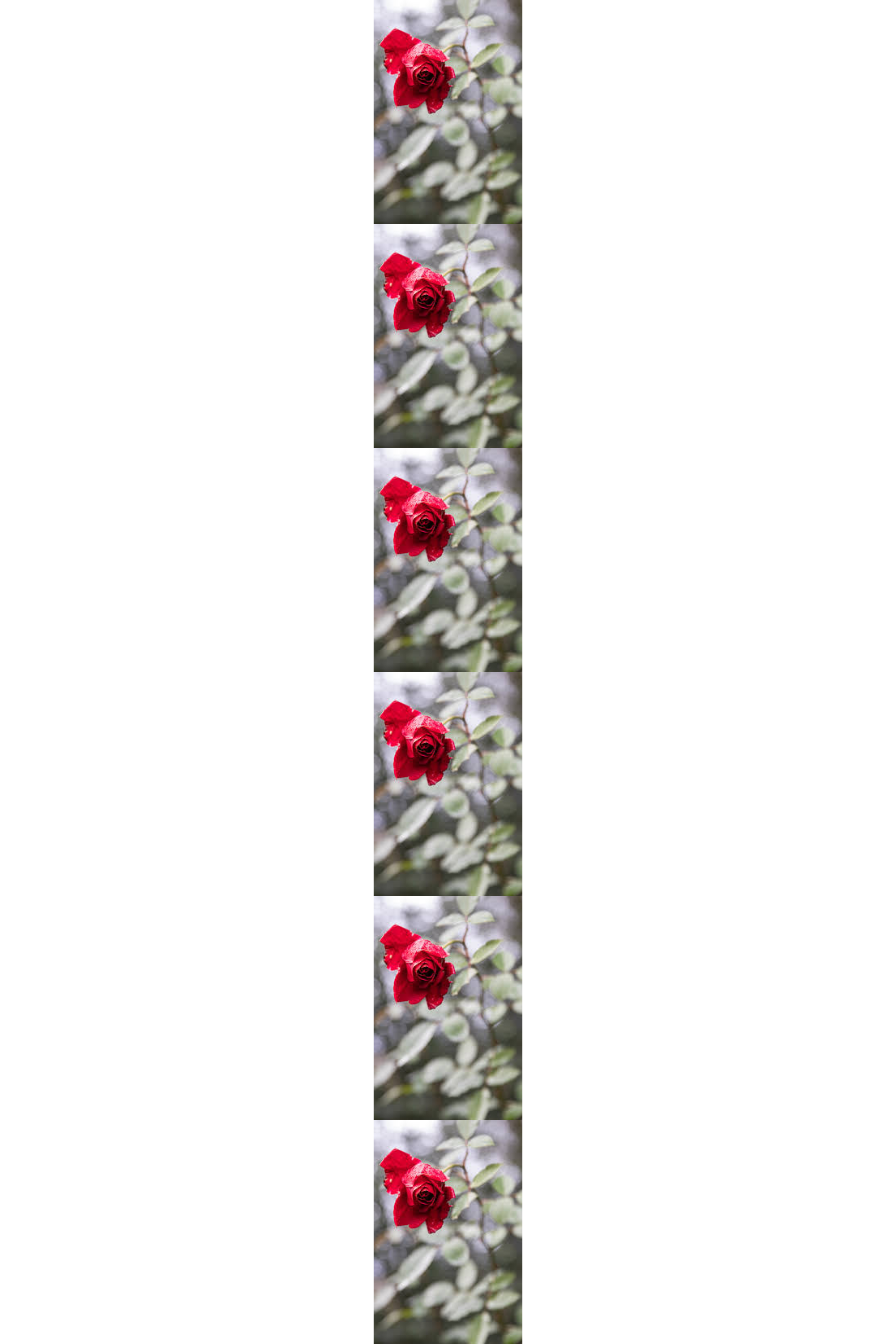
Repository: vakharia5/Preview
Page: /
The author's editor kept a copy of each file at every save. The page is drawn from the files as they stood at one save, then again after the next save.
The browser window is 1280 px wide. The pictures show the part of the page from y = 0 to 1920 px (the page is 2620 px tall before and 2575 px after), at 70% of full size.
The project was rebuilt for these pictures with package versions that can differ from the ones it lists, and the page was loaded fresh each time.

Above is the page before, as saved 2020-06-22 14:33:52.

After the next save:
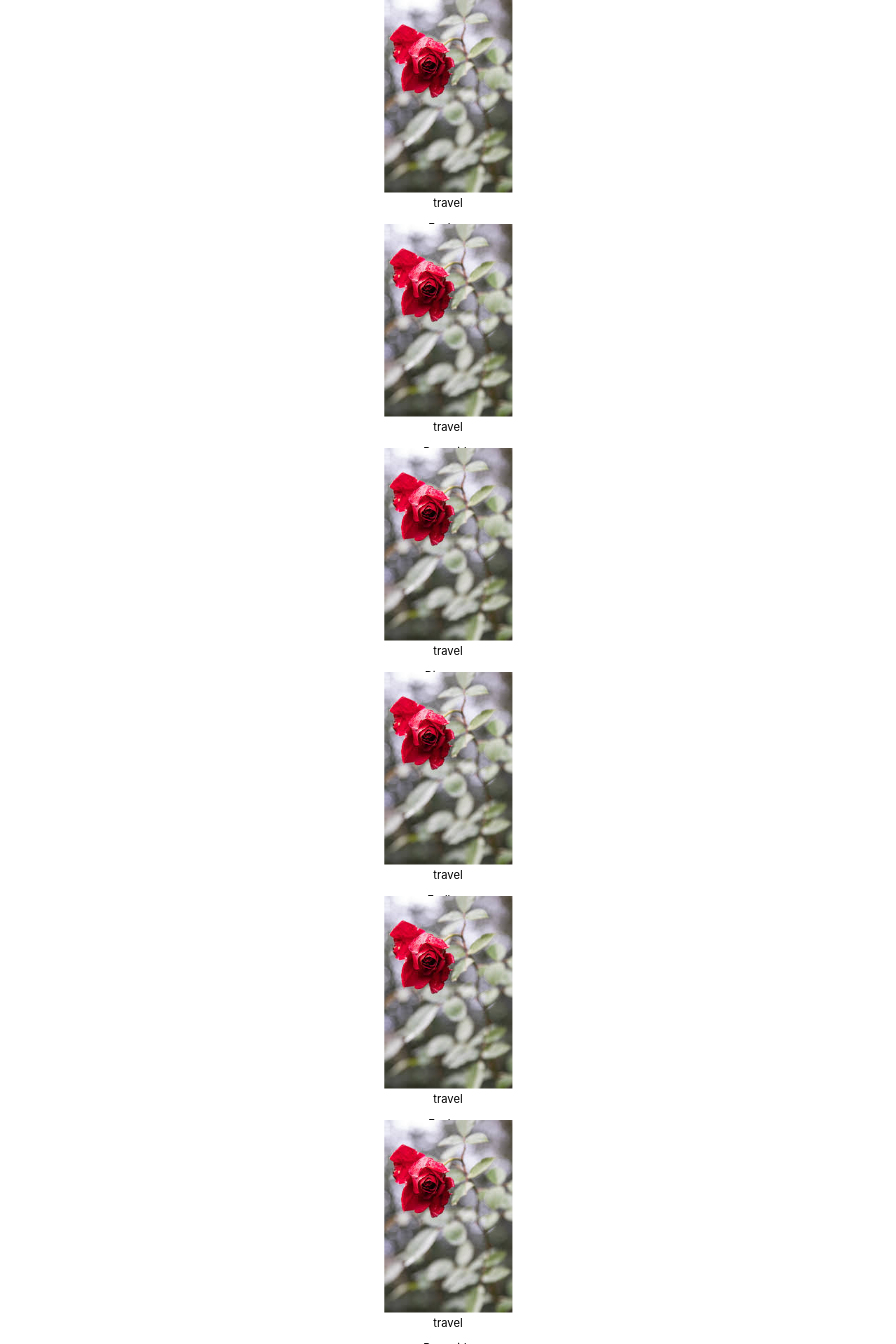
Saved 6 s later.
--- a/src/components/CardList.js
+++ b/src/components/CardList.js
@@ -11,7 +11,7 @@
    <Row sm={1} md={2} lg={4}>
     {console.log(Data)}
     { Data.map(data => <Card  border="secondary" >
-      <Card.Img src={img} alt="Card image" style={{ height : '20rem'}} />
+      <Card.Img src={img} alt="Card image"  />
       <Card.ImgOverlay>
         <Card.Title>{data.title}</Card.Title>
         <Card.Text>

After the save that followed:
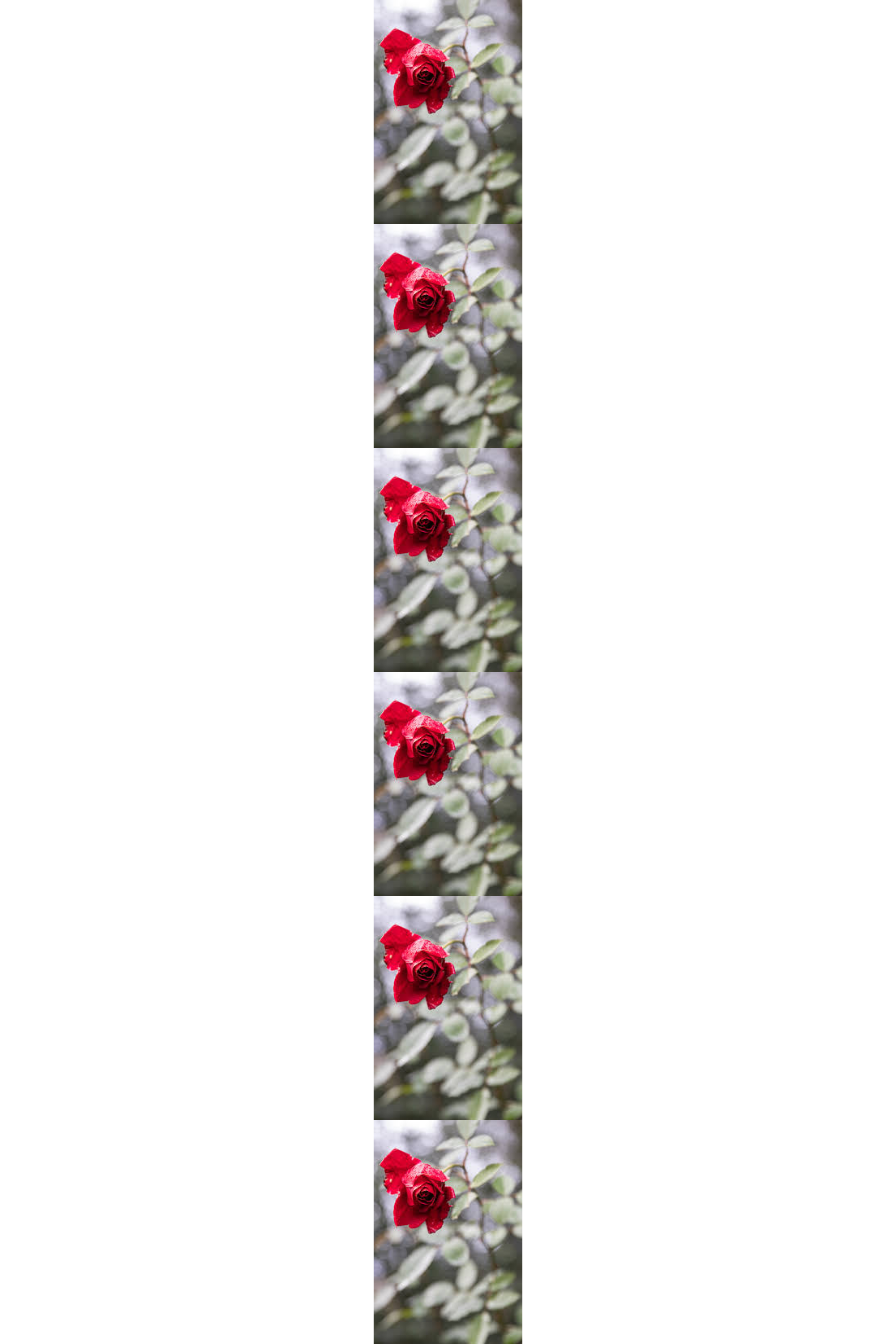
Saved 8 s later.
--- a/src/components/CardList.js
+++ b/src/components/CardList.js
@@ -11,7 +11,7 @@
    <Row sm={1} md={2} lg={4}>
     {console.log(Data)}
     { Data.map(data => <Card  border="secondary" >
-      <Card.Img src={img} alt="Card image"  />
+      <Card.Img src={img} alt="Card image" style={{ height : '20rem'}} />
       <Card.ImgOverlay>
         <Card.Title>{data.title}</Card.Title>
         <Card.Text>
